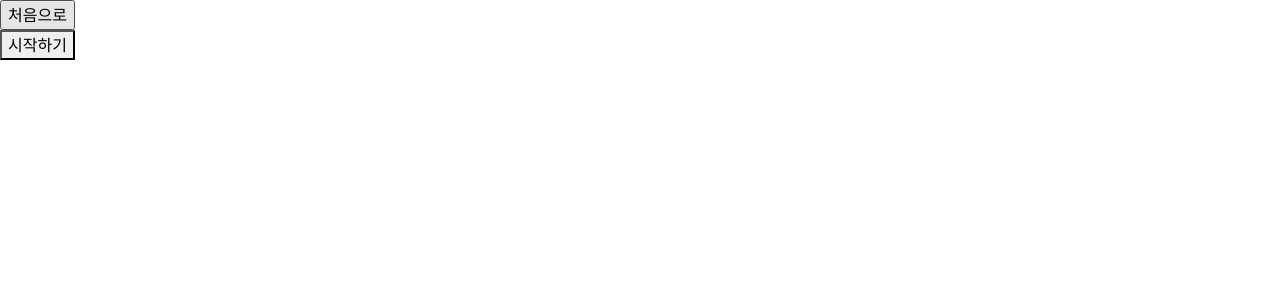
Repository: kokoko12334/myvocab-toy
Page: http://localhost/myVocabularyList/quiz
The author's editor kept a copy of each file at every save. The page is drawn from the files as they stood at one save, then again after the next save.
The browser window is 1280 px wide. The pictures show the whole page.
The page is served by Tomcat 9. The session is filled in as if someone had signed in: {"id": 1, "pwd": 1, "list": 1}. Queries for data that is not in the repository find no rows.

Above is the page before, as saved 2023-04-06 15:44:48.

After the next save:
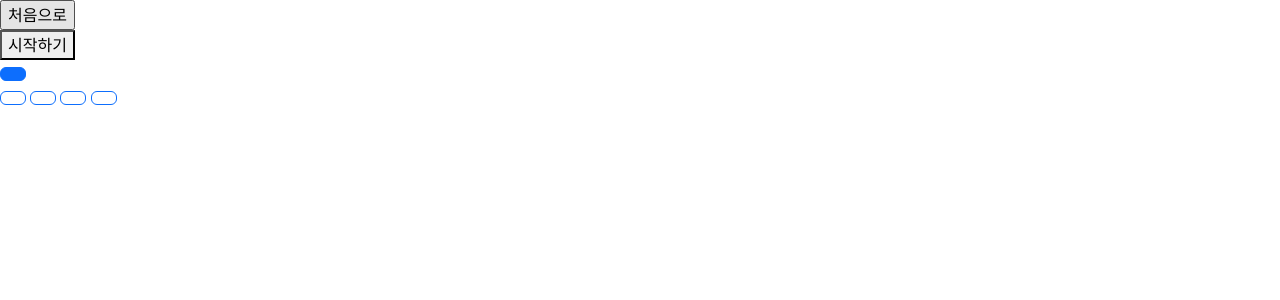
Saved 20 h 7 min later.
--- a/myVocabularyList/src/main/webapp/WEB-INF/views/myvocabulary/quiz.jsp
+++ b/myVocabularyList/src/main/webapp/WEB-INF/views/myvocabulary/quiz.jsp
@@ -23,7 +23,7 @@
 		<button onclick="start()">시작하기</button>
 	</div>
 
-	<div id = "quiz" style = "display:none">
+	<div id = "quiz" class="d-grid gap-2 d-md-block" style = "display:none">
 
 		<button id = "eng" type="button" class="btn btn-primary"></button><br>
 

After the save that followed:
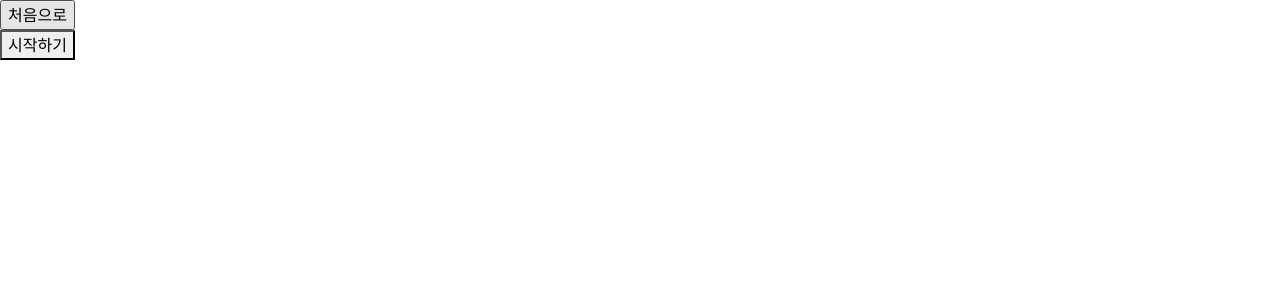
Saved 26 s later.
--- a/myVocabularyList/src/main/webapp/WEB-INF/views/myvocabulary/quiz.jsp
+++ b/myVocabularyList/src/main/webapp/WEB-INF/views/myvocabulary/quiz.jsp
@@ -23,7 +23,7 @@
 		<button onclick="start()">시작하기</button>
 	</div>
 
-	<div id = "quiz" class="d-grid gap-2 d-md-block" style = "display:none">
+	<div id = "quiz"  style = "display:none">
 
 		<button id = "eng" type="button" class="btn btn-primary"></button><br>
 
